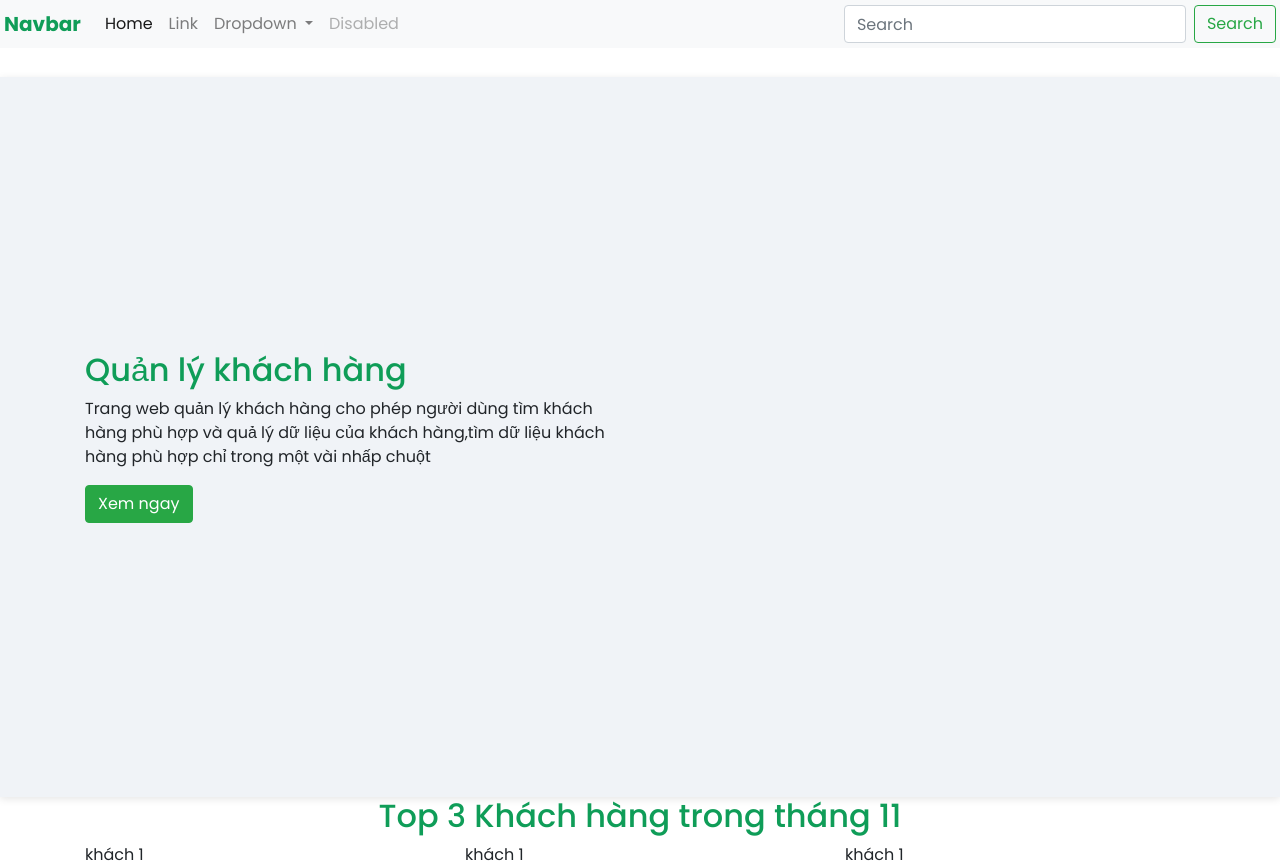
Repository: huutien1904/bt2-ltw
Page: index.html
The author's editor kept a copy of each file at every save. The page is drawn from the files as they stood at one save, then again after the next save.
The browser window is 1280 px wide. The pictures show the whole page.

Above is the page before, as saved 2021-11-04 08:28:19.

### index.html
<!DOCTYPE html>
<html lang="en">
<head>
    <meta charset="UTF-8">
    <meta http-equiv="X-UA-Compatible" content="IE=edge">
    <meta name="viewport" content="width=device-width, initial-scale=1.0">
    <title>Quản Lý Khách Hàng</title>

    <!-- style -->
    <link rel="stylesheet" href="./style.css">
    <!-- font Poppins -->
    <link rel="preconnect" href="https://fonts.googleapis.com">
    <link rel="preconnect" href="https://fonts.gstatic.com" crossorigin>
    <link href="https://fonts.googleapis.com/css2?family=Poppins:wght@100;200;300;400;500;600;700;800;900&display=swap" rel="stylesheet">
    <!--  boostrap -->
    <link rel="stylesheet" href="https://maxcdn.bootstrapcdn.com/bootstrap/4.5.2/css/bootstrap.min.css">
    <script src="https://ajax.googleapis.com/ajax/libs/jquery/3.5.1/jquery.min.js"></script>
    <script src="https://cdnjs.cloudflare.com/ajax/libs/popper.js/1.16.0/umd/popper.min.js"></script>
    <script src="https://maxcdn.bootstrapcdn.com/bootstrap/4.5.2/js/bootstrap.min.js"></script>
</head>
<body>
  <!-- navbar -->
    <!-- <nav class="navbar navbar-default navbar-fixed-top">
        <div class="container-fluid ">
          <div class="navbar-header">
            <button type="button" class="navbar-toggle" data-toggle="collapse" data-target="#myNavbar">
              <span class="icon-bar"></span>
              <span class="icon-bar"></span>
              <span class="icon-bar"></span>
            </button>
            <a class="navbar-brand" href="#home">QUẢN LÝ KHÁCH HÀNG</a>
          </div>
          <div class="collapse navbar-collapse" id="myNavbar">
            <ul class="nav navbar-nav navbar-right">
              <li class="active_nav"><a href="#home">TRANG CHỦ</a></li>
              <li ><a href="#customer">KHÁCH HÀNG</a></li>
              <li><a href="#comment">NHẬN XÉT</a></li>
              <li><a href="#contact">LIÊN HỆ</a></li>
            </ul>
          </div>
        </div>
    </nav> -->
  <!-- end navbar -->
  <nav class="navbar navbar-expand-lg navbar-light bg-light fixed-top p-1">
    <a class="navbar-brand" href="#">Navbar</a>
    <button class="navbar-toggler" type="button" data-toggle="collapse" data-target="#navbarSupportedContent" aria-controls="navbarSupportedContent" aria-expanded="false" aria-label="Toggle navigation">
      <span class="navbar-toggler-icon"></span>
    </button>

    <div class="collapse navbar-collapse" id="navbarSupportedContent">
      <ul class="navbar-nav mr-auto">
        <li class="nav-item active">
          <a class="nav-link" href="#">Home <span class="sr-only">(current)</span></a>
        </li>
        <li class="nav-item">
          <a class="nav-link" href="#">Link</a>
        </li>
        <li class="nav-item dropdown">
          <a class="nav-link dropdown-toggle" href="#" id="navbarDropdown" role="button" data-toggle="dropdown" aria-haspopup="true" aria-expanded="false">
            Dropdown
          </a>
          <div class="dropdown-menu" aria-labelledby="navbarDropdown">
            <a class="dropdown-item" href="#">Action</a>
            <a class="dropdown-item" href="#">Another action</a>
            <div class="dropdown-divider"></div>
            <a class="dropdown-item" href="#">Something else here</a>
          </div>
        </li>
        <li class="nav-item">
          <a class="nav-link disabled" href="#">Disabled</a>
        </li>
      </ul>
      <form class="form-inline my-2 my-lg-0">
        <input class="form-control mr-sm-2" type="search" placeholder="Search" aria-label="Search">
        <button class="btn btn-outline-success my-2 my-sm-0" type="submit">Search</button>
      </form>
    </div>
  </nav>
  <!-- trang chủ -->
  <section
    id="home"
    >
    <div class="container">
      <div class="row">
        <div class="col-md-6 col-xs-12 ">
          <div class="">
            <h2 class="slogan">Quản lý khách hàng</h2>
            <p class="">
              Trang web quản lý khách hàng cho phép người dùng tìm khách hàng phù hợp và quả lý dữ liệu của khách hàng,tìm dữ liệu khách hàng phù hợp chỉ trong một vài nhấp chuột
            </p>
            <div class="left-to-right play-on-scroll delay-4">
              <button type="button" class="btn btn-success">Xem ngay</button>
            </div>
          </div>
        </div>
      </div>
    </div>
  </section>
  <!-- end trang chủ -->

  <!-- khách hàng -->
  <section id="customer ">
    <div class="container">
      <div class="row">
        <div class="col-md-12 col-sm-12 d-flex justify-content-center align-items-center">
          <h2 class="title_customer ">Top 3 Khách hàng trong tháng 11</h2>
        </div>
      </div>
      <div class="row">
        <div class="col-md-4 col-sm-12">
          khách 1
        </div>
        <div class="col-md-4 col-sm-12">
          khách 1

        </div>
        <div class="col-md-4 col-sm-12">
          khách 1

        </div>
      </div>
    </div>
  </section>
  <!-- end khách hàng -->
  <!--  Nhận xét-->
  <section id="comment">

  </section>
  <!-- liên hệ -->
  <section id="contact">

  </section>
</body>
</html>

### style.css
*{
  font-family: 'Poppins', sans-serif;
}

:root {
  --primary-color: #0f9d58;
  --backgound-color: #f0f3f7;
  --secon-color: #9da2ad;
  --grey: #7a7a7a;
  --white: #ffffff;
}
body {
  font: 400 15px Lato, sans-serif;
  line-height: 1.8;
  color: #818181;
}
.navbar-default{
  padding: 15px;
  background-color: var(--backgound-color);
  box-shadow: 0 2px 8px rgb(0 0 0 / 10%);
}
.navbar-brand{
  font-weight: 700;
  font-size: 20px;
  color: var(--primary-color) !important;

}
.navbar-right li{
  font-size: 14px;
  font-weight: 600;
  margin: 0 5px;
  /* padding:5px; */
}
.navbar-right li:hover{
  background-color: var(--primary-color);
  border-radius: 15px;
  color: white !important;
}
#home{
  margin-top: 77px;
  height: 100vh;
  display: flex;
  justify-content: center;
  align-items: center;
  background-color: var(--backgound-color);
  box-shadow: 0 2px 8px rgb(0 0 0 / 10%);
}
.slogan{
  color: var(--primary-color);
}
.title_customer{
  color: var(--primary-color);

}
#customer{
  height: 90vh;
  background-color: var(--backgound-color);
  box-shadow: 0 2px 8px rgb(0 0 0 / 10%);
}
/* .active_nav{
  background-color: var(--primary-color);
  border-radius: 15px;
} */

After the next save:
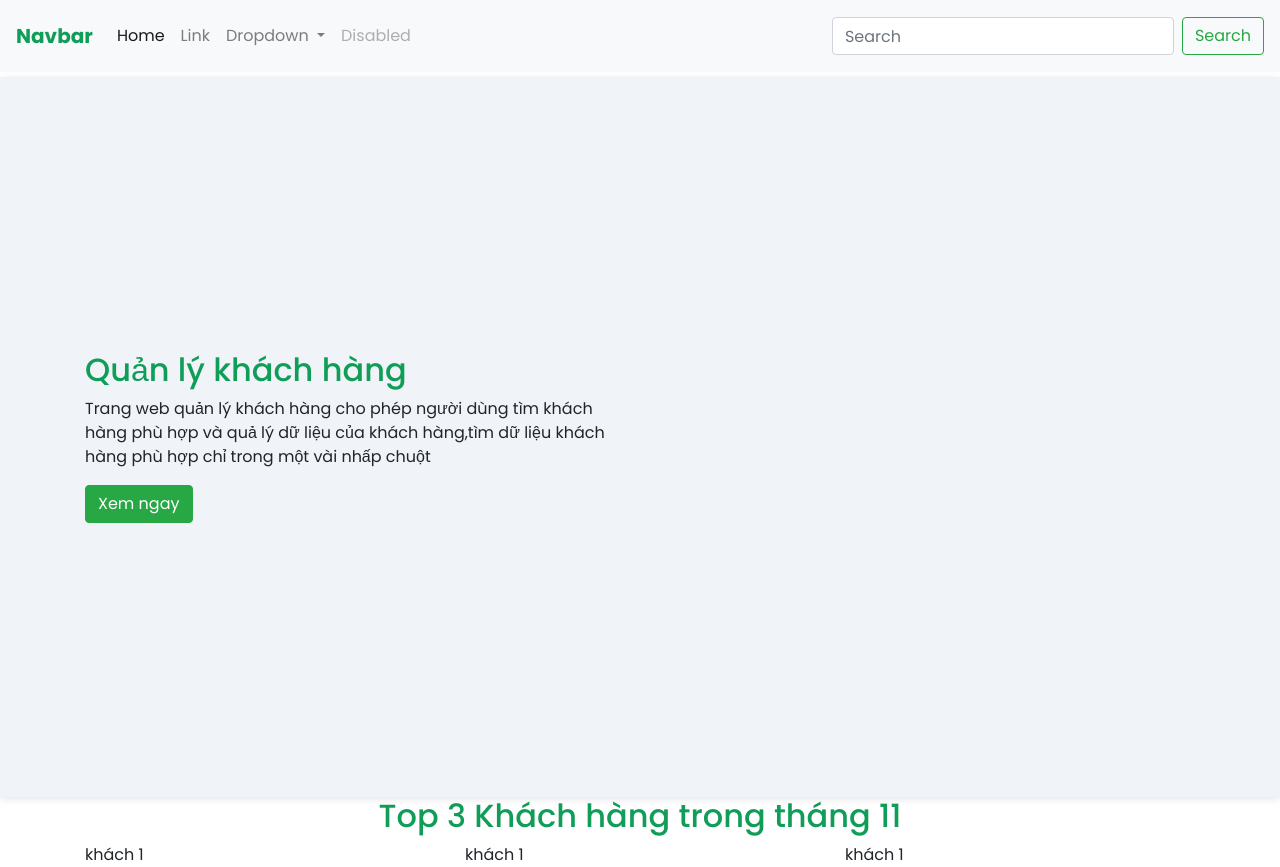
Saved 5 s later.
--- a/index.html
+++ b/index.html
@@ -41,7 +41,7 @@
         </div>
     </nav> -->
   <!-- end navbar -->
-  <nav class="navbar navbar-expand-lg navbar-light bg-light fixed-top p-1">
+  <nav class="navbar navbar-expand-lg navbar-light bg-light fixed-top p-3">
     <a class="navbar-brand" href="#">Navbar</a>
     <button class="navbar-toggler" type="button" data-toggle="collapse" data-target="#navbarSupportedContent" aria-controls="navbarSupportedContent" aria-expanded="false" aria-label="Toggle navigation">
       <span class="navbar-toggler-icon"></span>
